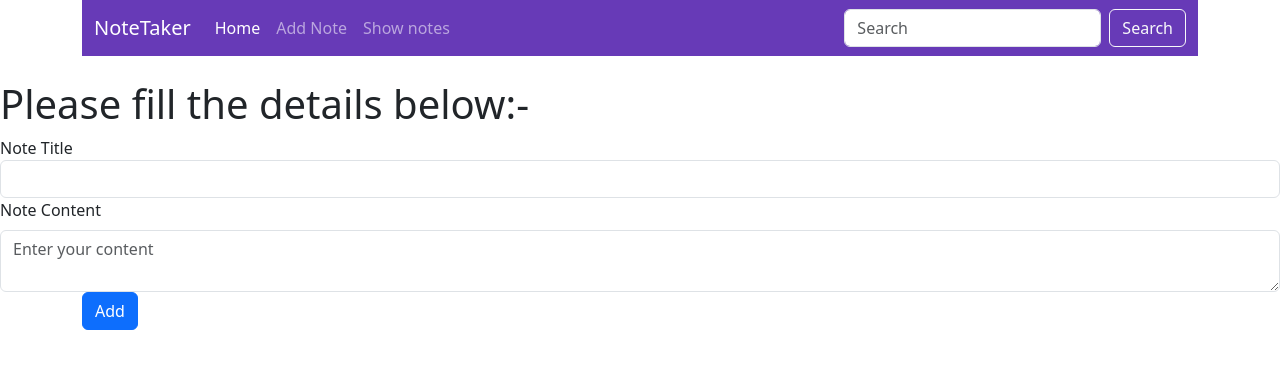
Repository: smritihbtu/Note-Maker
Page: http://localhost/NoteTaker/add_notes.jsp
The author's editor kept a copy of each file at every save. The page is drawn from the files as they stood at one save, then again after the next save.
The browser window is 1280 px wide. The pictures show the whole page.
The page is served by Tomcat 9.

Above is the page before, as saved 2023-08-20 06:59:52.

After the next save:
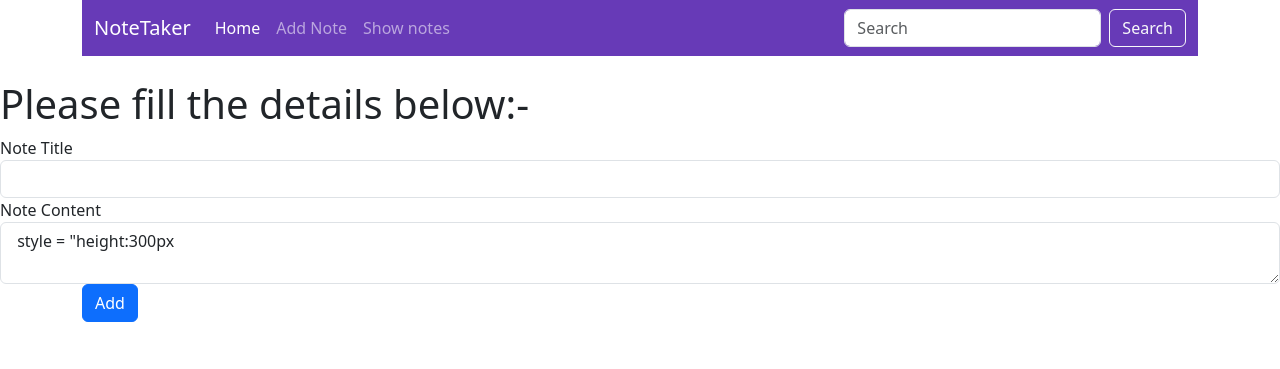
Saved 94 s later.
--- a/NoteTaker/src/main/webapp/add_notes.jsp
+++ b/NoteTaker/src/main/webapp/add_notes.jsp
@@ -25,12 +25,15 @@
   <div class="form-group">
     <label for="title" >Note Title</label>
     <input type="text" class="form-control" id="title" aria-describedby="emailHelp">
+
   </div>
 
+
+
   <div class="form-group">
-    <label for="exampleInputPassword1" class="form-label">Note Content</label>
+    <label for="content" >Note Content</label>
     <textarea id="content" placeholder= "Enter your content"
-    class="form-control"></textarea>
+    class="form-control"> style = "height:300px</textarea>
   </div>
   <div class=container>
   <button type="submit" class="btn btn-primary">Add</button>
